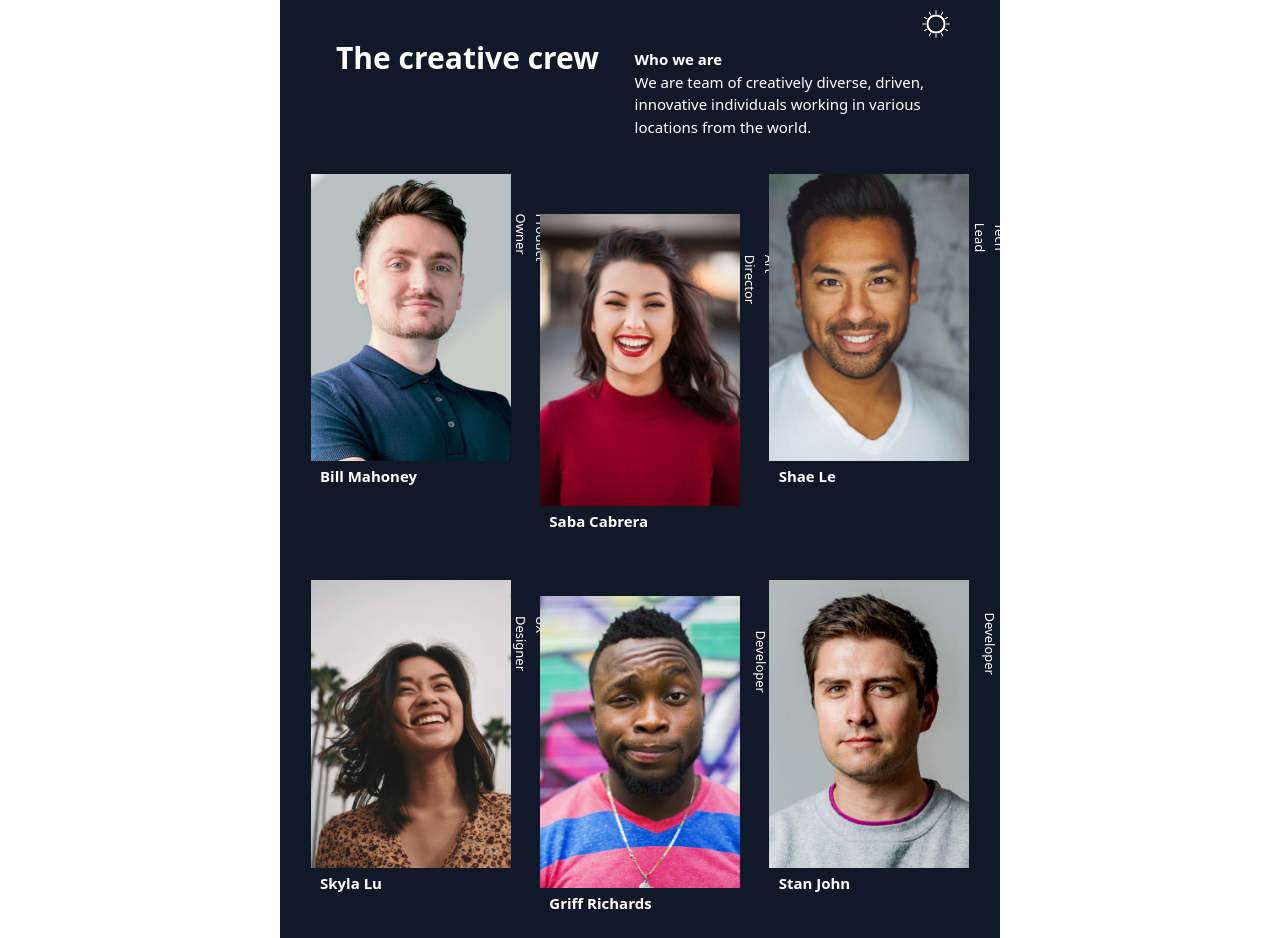
Repository: Alzate1075/Funval-G3-N2
Page: /
An editor plug-in stored every save of this project. The page is shown before and after the next save, followed by the edit.
The browser window is 1280 px wide. The pictures show the whole page.
The project was rebuilt for these pictures with package versions that can differ from the ones it lists, and the page was loaded fresh each time. Also part of the build but not shown: vite.config.js.

Above is the page before, as saved 2025-07-03 11:24:04.

After the next save:
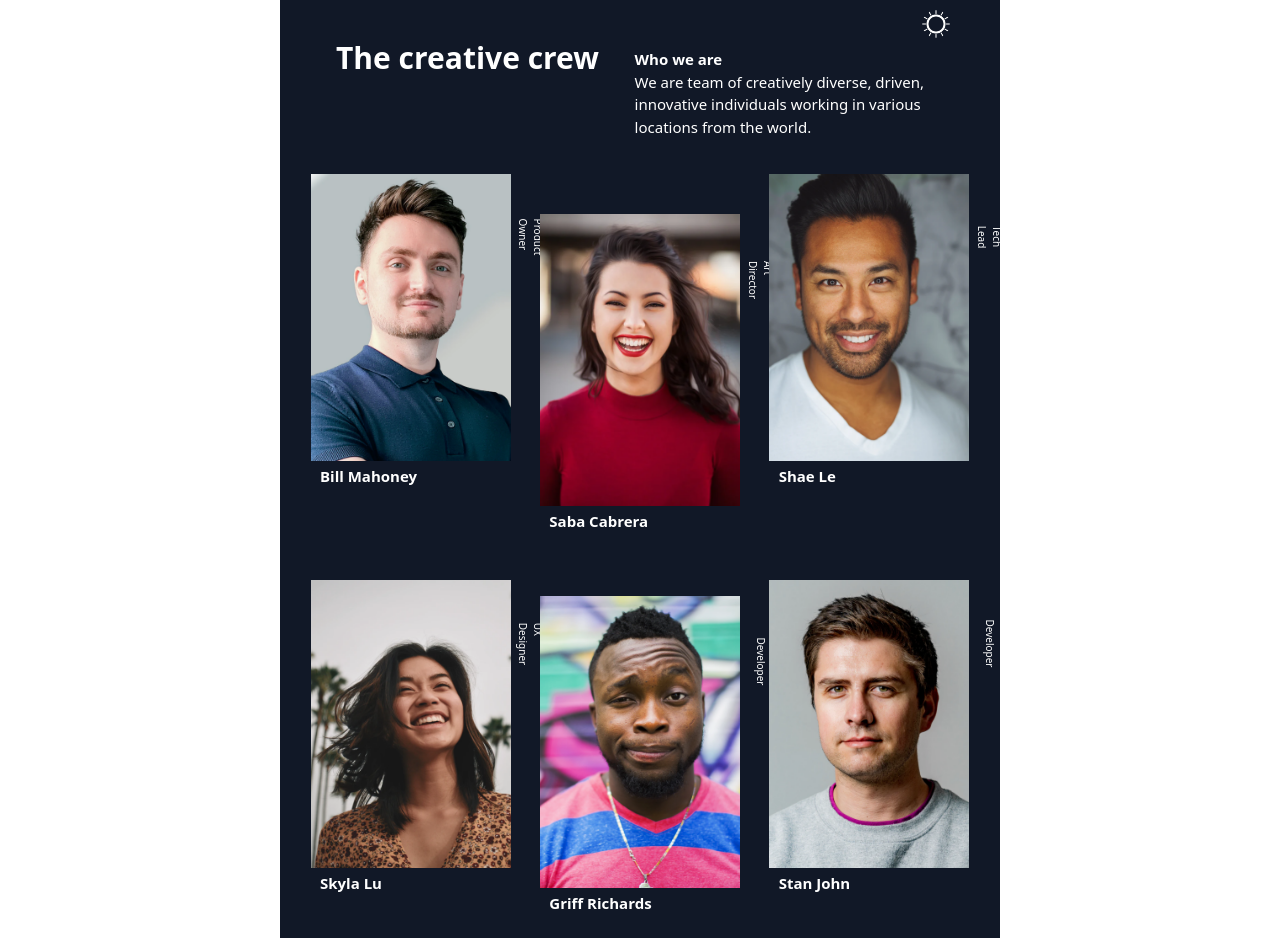
Saved 14 s later.
--- a/src/components/TeamCard.jsx
+++ b/src/components/TeamCard.jsx
@@ -4,7 +4,7 @@ export function TeamCard(props) {
     <div className={`${props.extraClass}`}>
       <div className="text-black md:text-white md:flex md:items-center md:justify-center gap-2 relative">
         <img src={props.image} alt={props.name} className="md:w-[200px] w-20" />
-        <span className="absolute rotate-90 text-[10px] md:text-[13px] md:ml-60 md:mb-40">
+        <span className="absolute rotate-90 text-[10px] md:text-[10px] md:ml-60 md:mb-40">
           {props.role}
         </span>
       </div>
